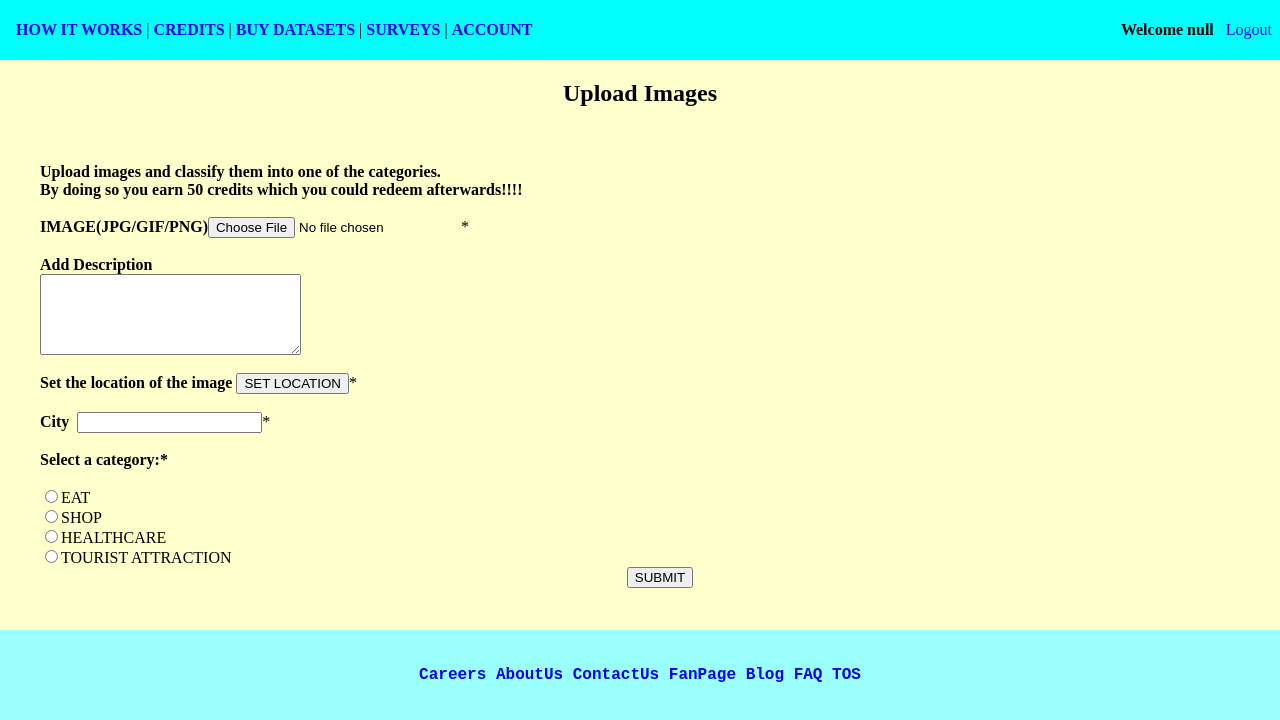
Repository: nicks707/LocoShack_TGMC-project
Page: http://localhost/ram/uploadphoto.jsp
An editor plug-in stored every save of this project. The page is shown before and after the next save, followed by the edit.
The browser window is 1280 px wide. The pictures show the whole page.
The page is served by Tomcat 9.

Above is the page before, as saved 2012-03-20 14:30:30.

After the next save:
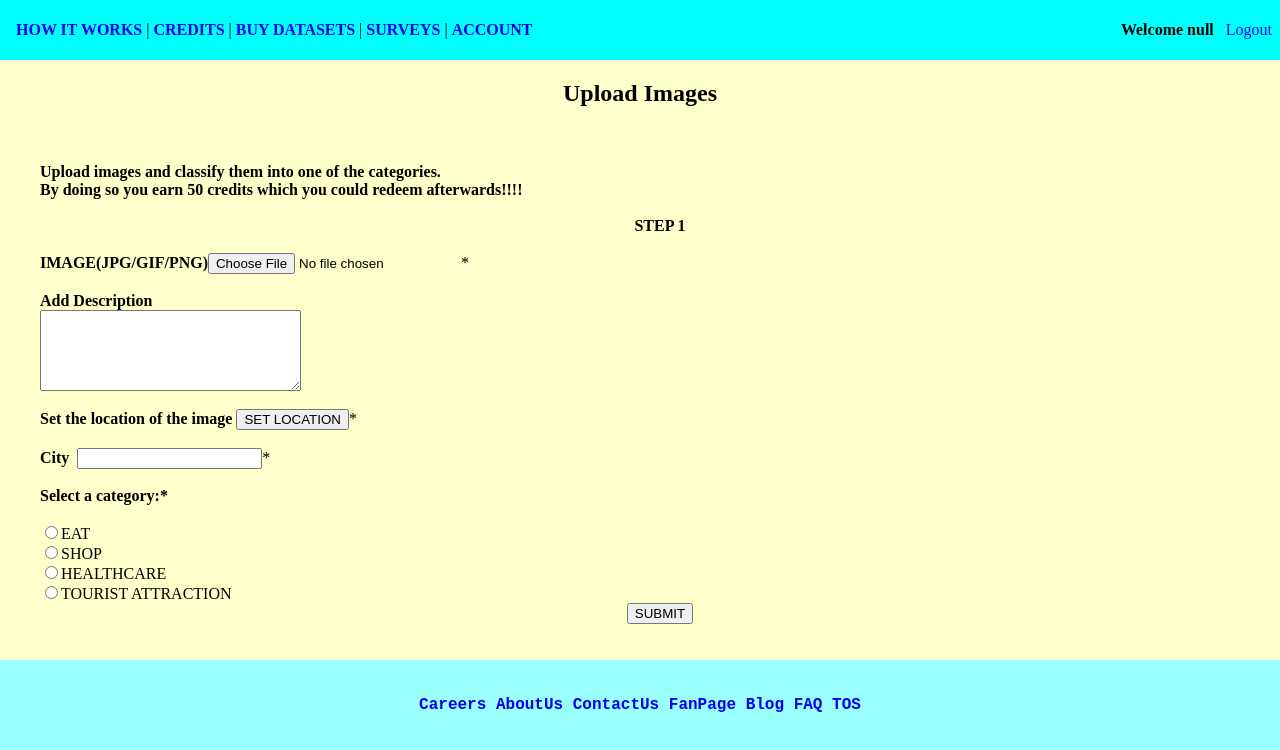
Saved 5 min 5 s later.
--- a/ram/WebContent/uploadphoto.jsp
+++ b/ram/WebContent/uploadphoto.jsp
@@ -37,6 +37,8 @@ return false;
 By doing so you earn 50 credits which you could redeem afterwards!!!!</b><br/><br/>
 
 <form  name="myform" onsubmit=" return checkfield();"  enctype="multipart/form-data" action="FileUploadServlet" method="post">
+
+<center><b>STEP 1</b></center><br/>
 <b>IMAGE(JPG/GIF/PNG)</b><input type="file" name="image" id="image" size="40">*<br/><br/>
 <b>Add Description</b><br/>
 <textarea rows="5" cols="30" name="des" id="des"></textarea><br/><br/>
